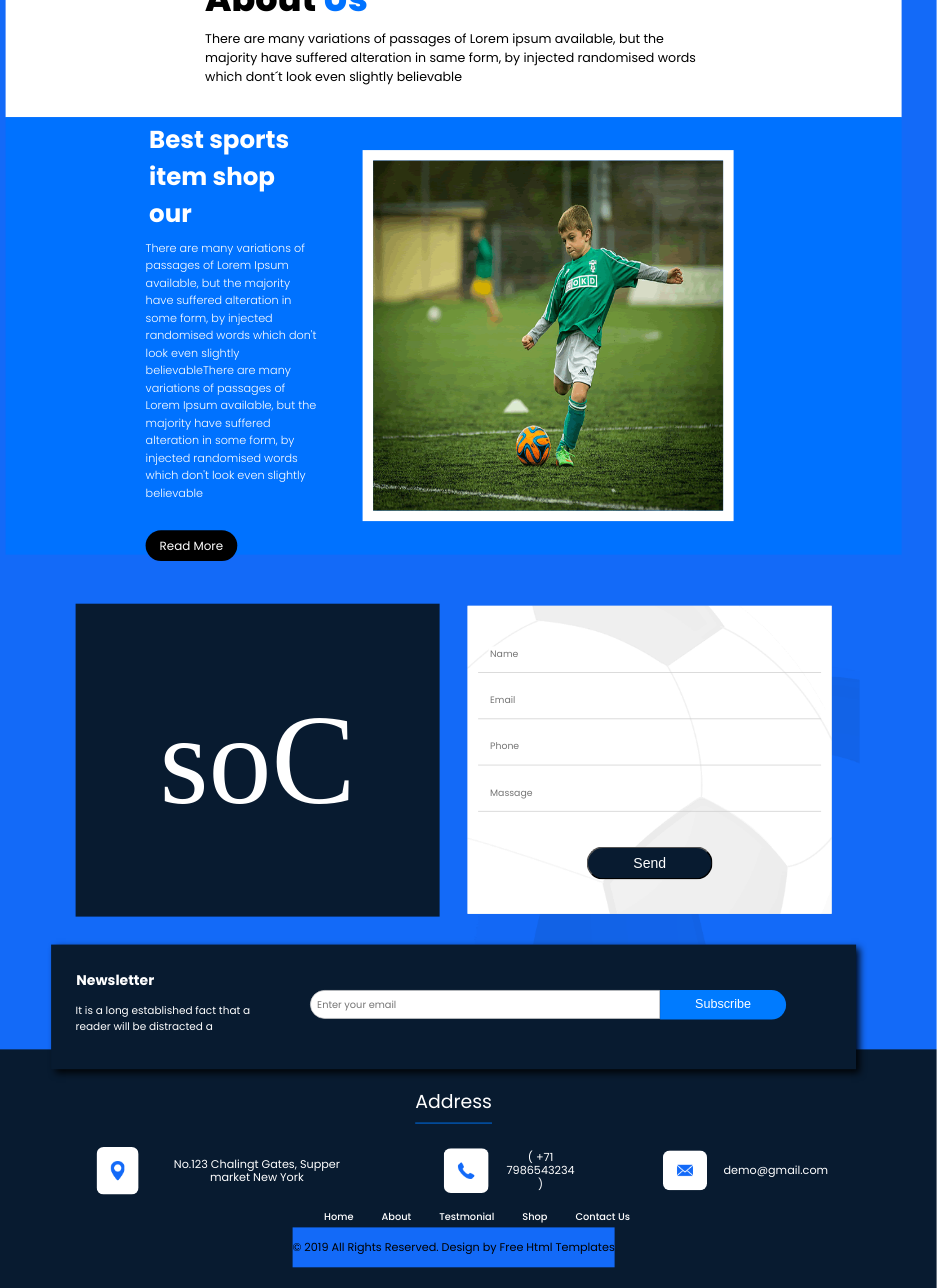
Repository: Vinicius9922/Projeto-Web
Page: index.html
The author's editor kept a copy of each file at every save. The page is drawn from the files as they stood at one save, then again after a run of saves.
The browser window is 1280 px wide. The page is 1338 px wide, so the pictures cover 1338 px, including what lies to the right of the window. The pictures show the part of the page from y = 1959 to 3799 px (the page is 3799 px tall), at 70% of full size.

Above is the page before, as saved 2024-12-13 20:07:06.

After the next 4 saves:
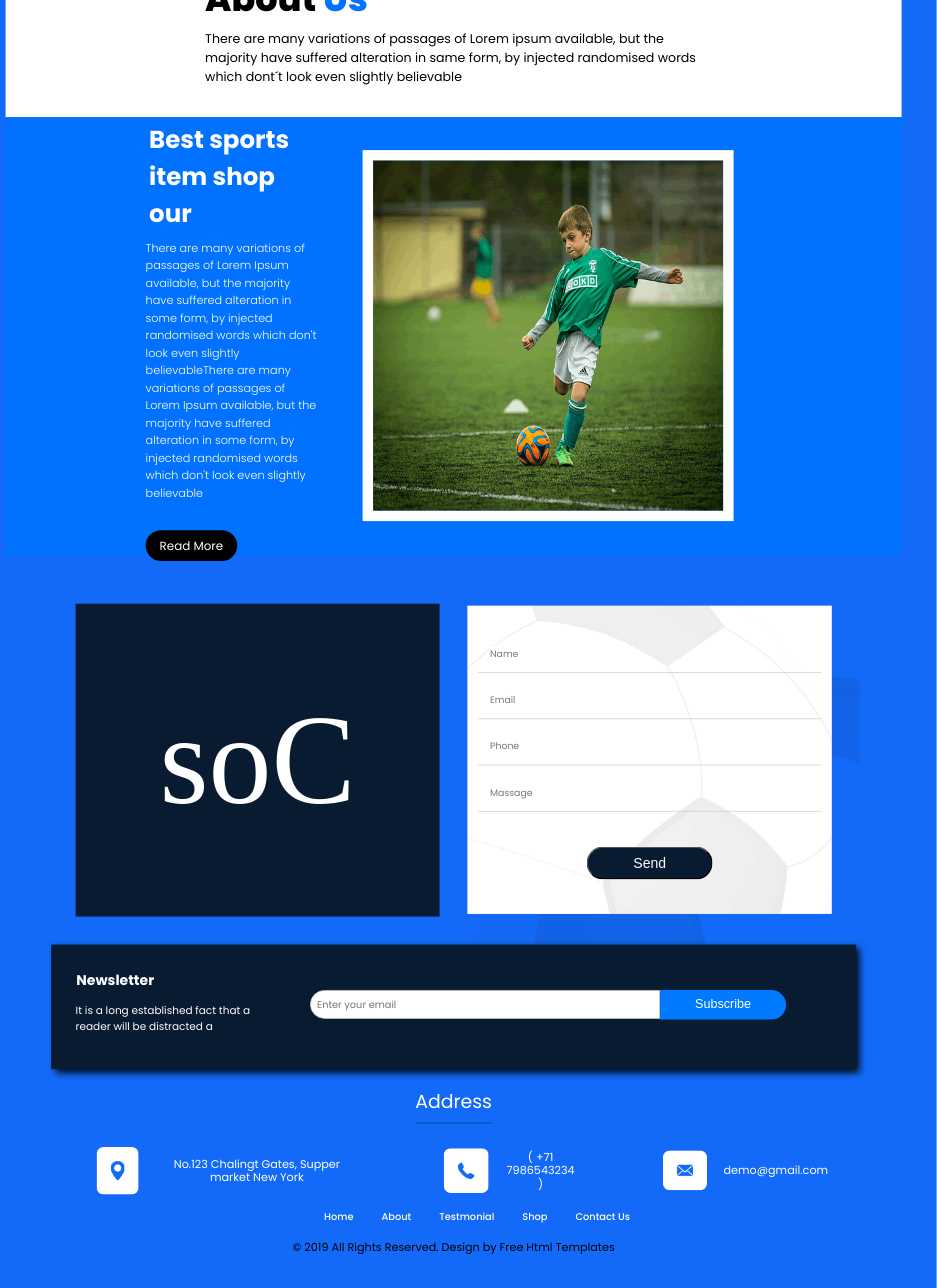
The 4 saves are shown as one change because they came seconds apart.
The last was saved 4 min 45 s later.
--- a/index.css
+++ b/index.css
@@ -4,7 +4,7 @@
     width: 100%;
     font-family: Poppins, normal;
     background-color: #136af8;
-    background: linear-gradient(to bottom, #136af8 91%, #081b30 9%);
+    background: linear-gradient(to bottom, #136af8 91%, #081b30 9%, #136af8 3%);
 }
 
 header {

After the 6 saves that followed:
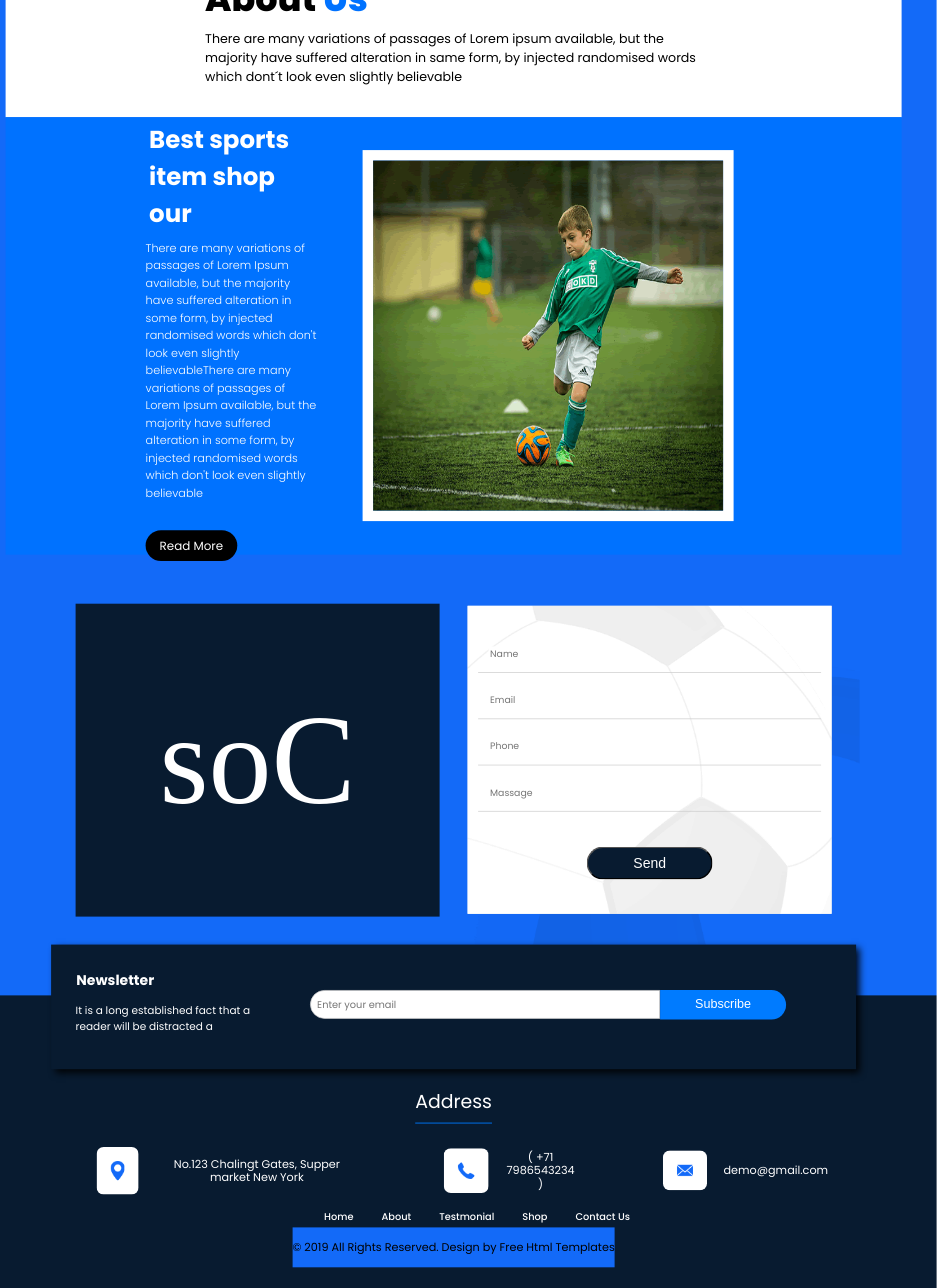
The 6 saves are shown as one change because 3 left the picture as it was and some came seconds apart.
The last was saved 38 s later.
--- a/index.css
+++ b/index.css
@@ -4,7 +4,7 @@
     width: 100%;
     font-family: Poppins, normal;
     background-color: #136af8;
-    background: linear-gradient(to bottom, #136af8 91%, #081b30 9%, #136af8 3%);
+    background: linear-gradient(to bottom, #136af8 89%, #081b30 7%);
 }
 
 header {
